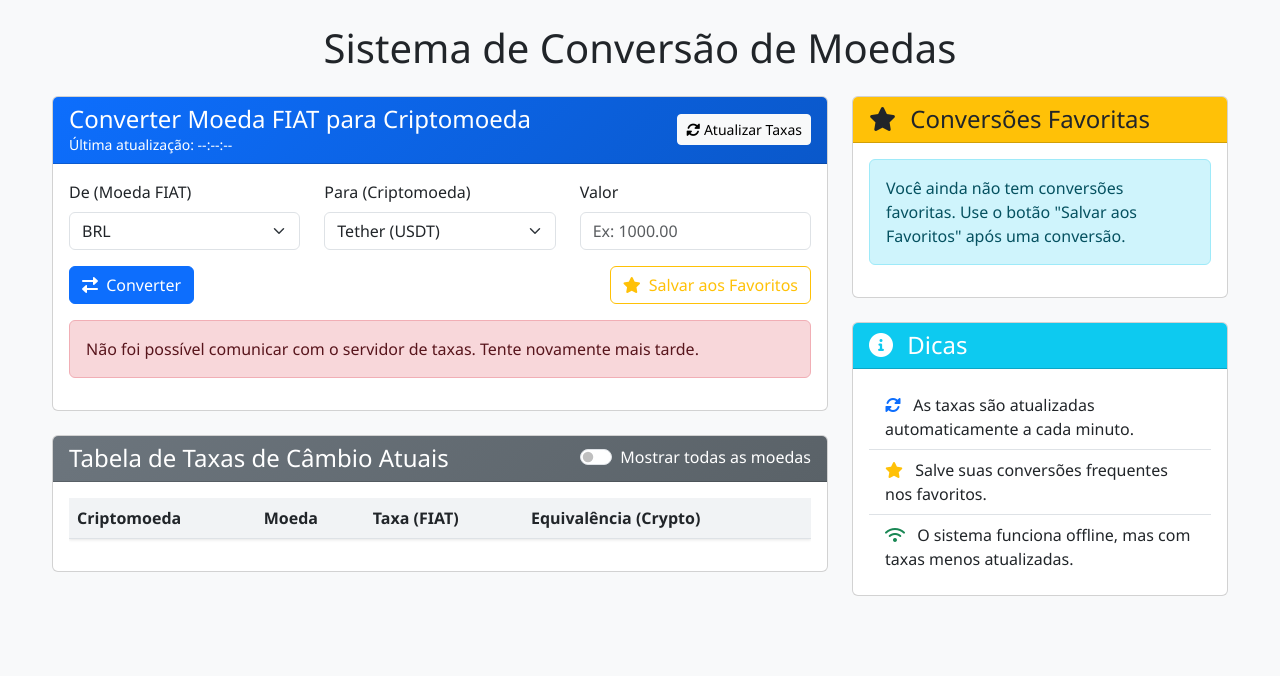
Repository: victorvilanova/crypto-convert-system
Page: index.html
The author's editor kept a copy of each file at every save. The page is drawn from the files as they stood at one save, then again after the next save.
The browser window is 1280 px wide. The pictures show the whole page.
The page's requests for data from a server got no answer.

Above is the page before, as saved 2025-04-10 19:06:23.

After the next save:
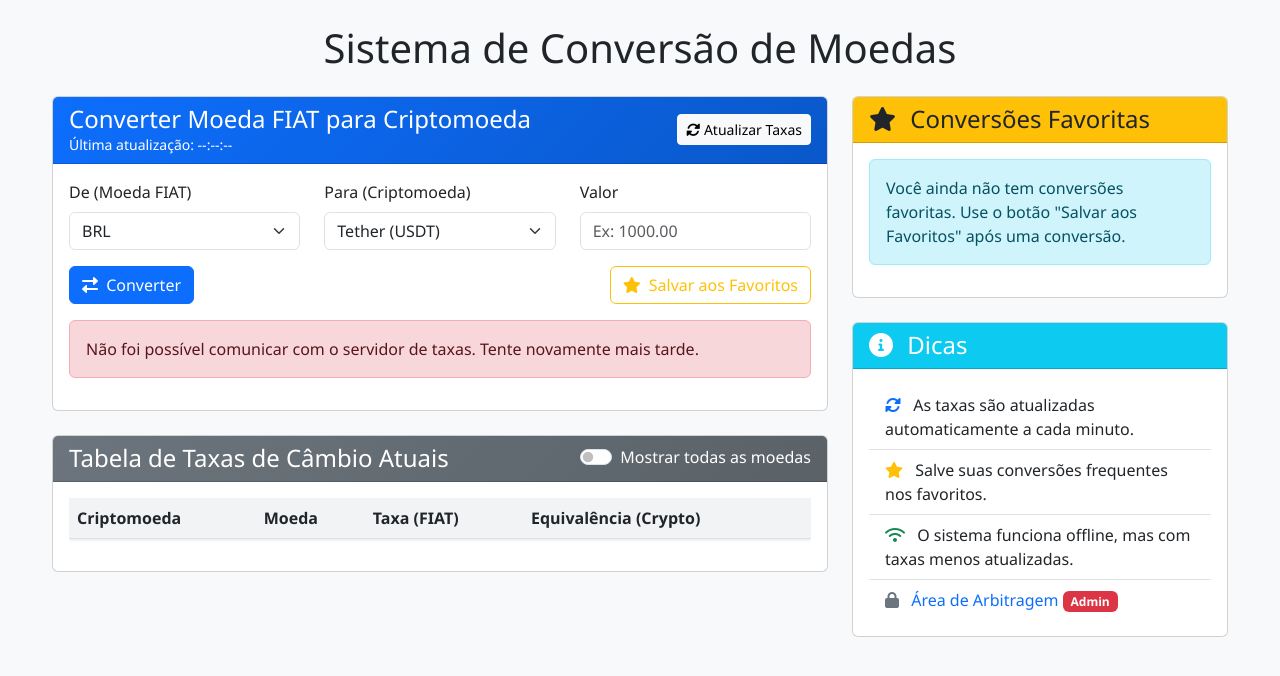
Saved 22 s later.
--- a/index.html
+++ b/index.html
@@ -198,6 +198,11 @@
                       O sistema funciona offline, mas com taxas menos
                       atualizadas.
                     </li>
+                    <li class="list-group-item">
+                      <i class="fas fa-lock text-secondary me-2"></i>
+                      <a href="arbitrage.html" class="text-decoration-none">Área de Arbitragem</a>
+                      <span class="badge bg-danger">Admin</span>
+                    </li>
                   </ul>
                 </div>
               </div>

After the save that followed:
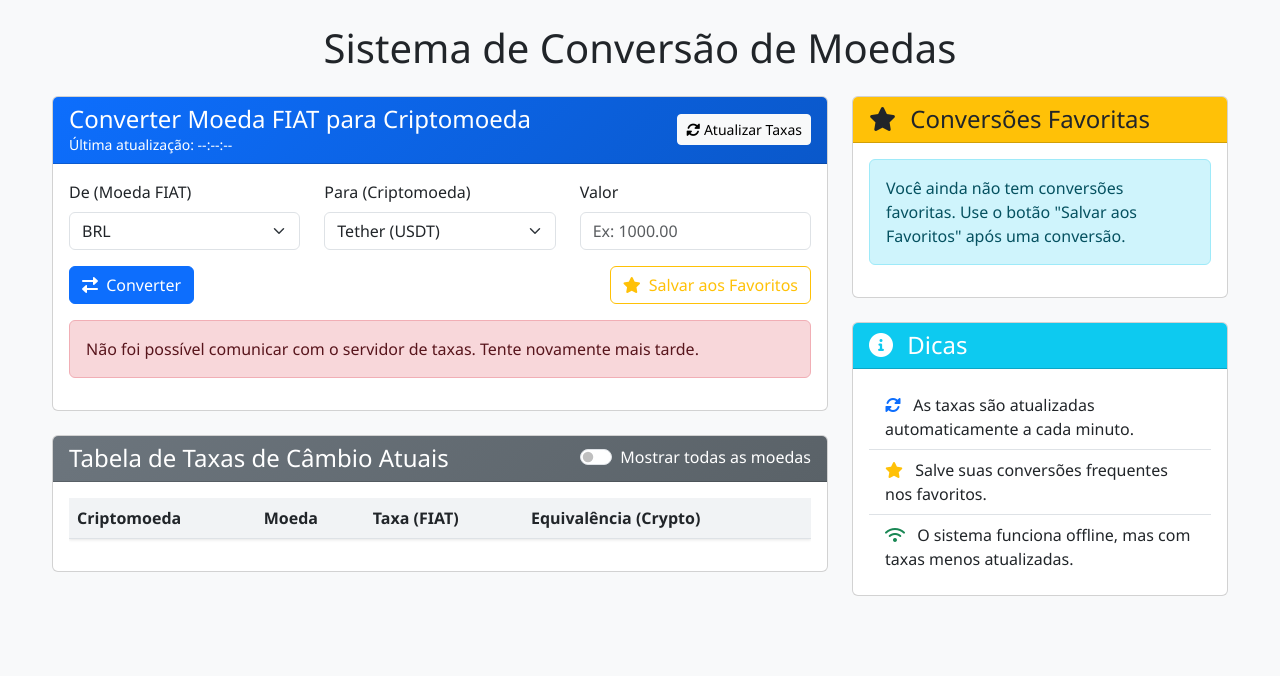
Saved 4 min 7 s later.
--- a/index.html
+++ b/index.html
@@ -198,11 +198,6 @@
                       O sistema funciona offline, mas com taxas menos
                       atualizadas.
                     </li>
-                    <li class="list-group-item">
-                      <i class="fas fa-lock text-secondary me-2"></i>
-                      <a href="arbitrage.html" class="text-decoration-none">Área de Arbitragem</a>
-                      <span class="badge bg-danger">Admin</span>
-                    </li>
                   </ul>
                 </div>
               </div>
